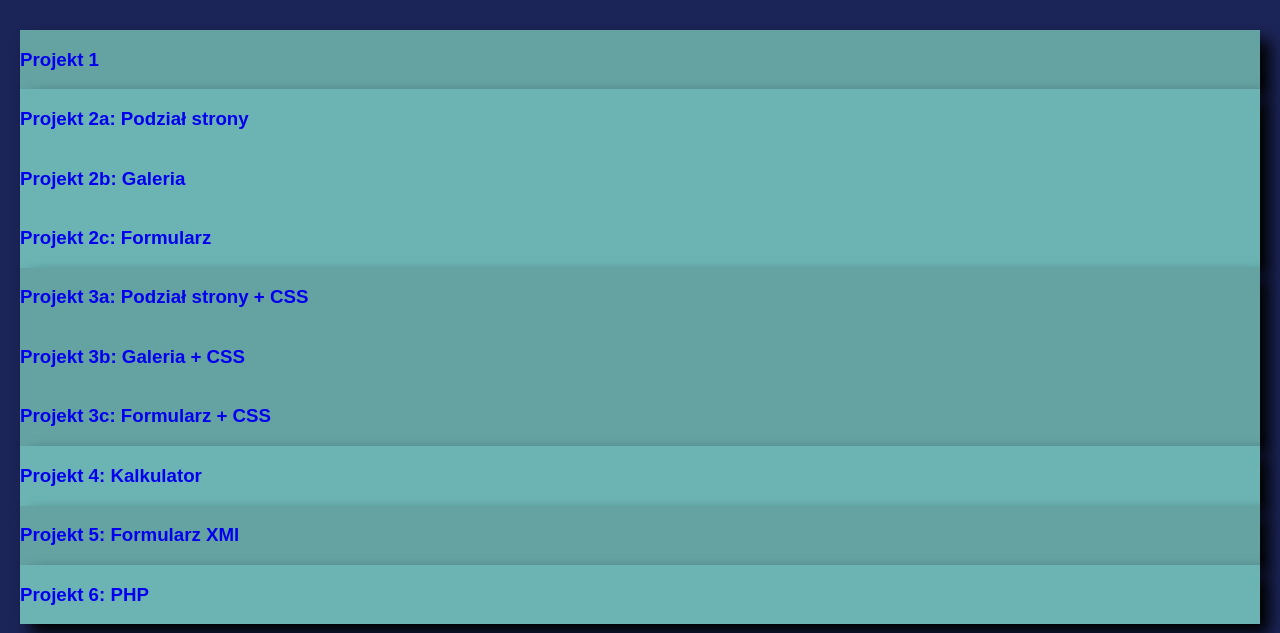
Repository: xdawix902/dawidfilipek1.github.io
Page: index.html
These files come from the project's save history. The page is drawn as it stood at one moment and after the next save; the edit follows.
The browser window is 1280 px wide. The pictures show the part of the page from y = 87 to 771 px (the page is 720 px tall before and 771 px after).

Above is the page before, as saved 2025-11-28 22:07:14.

### index.html
<!DOCTYPE html>
<html lang="en">
    <head>
        <meta charset="UTF-8">
        <meta name="viewport" content="width=device-width, initial-scale=1.0">
        <title>Moja Strona</title>
        <link rel="stylesheet" href="css/index_style.css">
    </head>
    <body>
        <header>Strona Dawida Filipka</header>

        <main>
            <div id="projektyNieParzyste">
                <a href="projekt1/projekt1.html">
                    <h3 class="naglowki">Projekt 1</h3>
                </a>
            </div>

            <div id="projektyParzyste">

                <a href="projekt2/projekt2a.html">
                    <h3 class="naglowki">Projekt 2a: Podział strony</h3>
                </a><br>

                <a href="projekt2/projekt2b.html">
                    <h3 class="naglowki">Projekt 2b: Galeria</h3>
                </a><br>

                <a href="projekt2/projekt2c.html">
                    <h3 class="naglowki">Projekt 2c: Formularz</h3>
                </a>
            </div>

            <div id="projektyNieParzyste">

                <a href="projekt3/projekt3a.html">
                    <h3 class="naglowki">Projekt 3a: Podział strony + CSS</h3>
                </a><br>

                <a href="projekt3/projekt3b.html">
                    <h3 class="naglowki">Projekt 3b: Galeria + CSS</h3>
                </a><br>

                <a href="projekt3/projekt3c.html">
                    <h3 class="naglowki">Projekt 3c: Formularz + CSS</h3>
                </a>
            </div>

            <div id="projektyParzyste">
                <a href="projekt4/projekt4.html">
                    <h3 class="naglowki">Projekt 4: Kalkulator</h3>
                </a>
            </div>

            <div id="projektyNieParzyste">

                <a href="projekt5/projekt5.html">
                    <h3 class="naglowki">Projekt 5: Formularz XMl</h3>
                </a>
            </div>

            <div id="projektyParzyste">
                <a href="projekt6/index.php">
                    <h3 class="naglowki">Projekt 6: PHP</h3>
                </a>
            </div>


        </main>


    </body>
</html>

### css/index_style.css
header{
    background-image: url("../images/index/banner.jpg");
    background-size: cover;
    background-position: center;
    color: rgb(224, 224, 224);
    text-align: center;
    padding: 20px;
    font-size: 2.5em;
    font-weight: bold;
    font-family:'Times New Roman', Times, serif;

}

main{
    padding-left: 20px;
    padding-right: 20px;
    padding-top: 30px;
    font-family: Arial, Helvetica, sans-serif;
}


body{
    margin:0;
    padding: 0;
    background-color: rgb(28, 37, 88);
}

.naglowki{
    display:inline-block;
}

.naglowki:hover{
    color:brown;
}

#projektyNieParzyste{
    background-color: rgb(101, 163, 163);
    box-shadow: 10px 10px 15px;
}

#projektyParzyste{
    background-color: rgb(108, 180, 180);
    box-shadow: 10px 10px 15px;
}

After the next save:
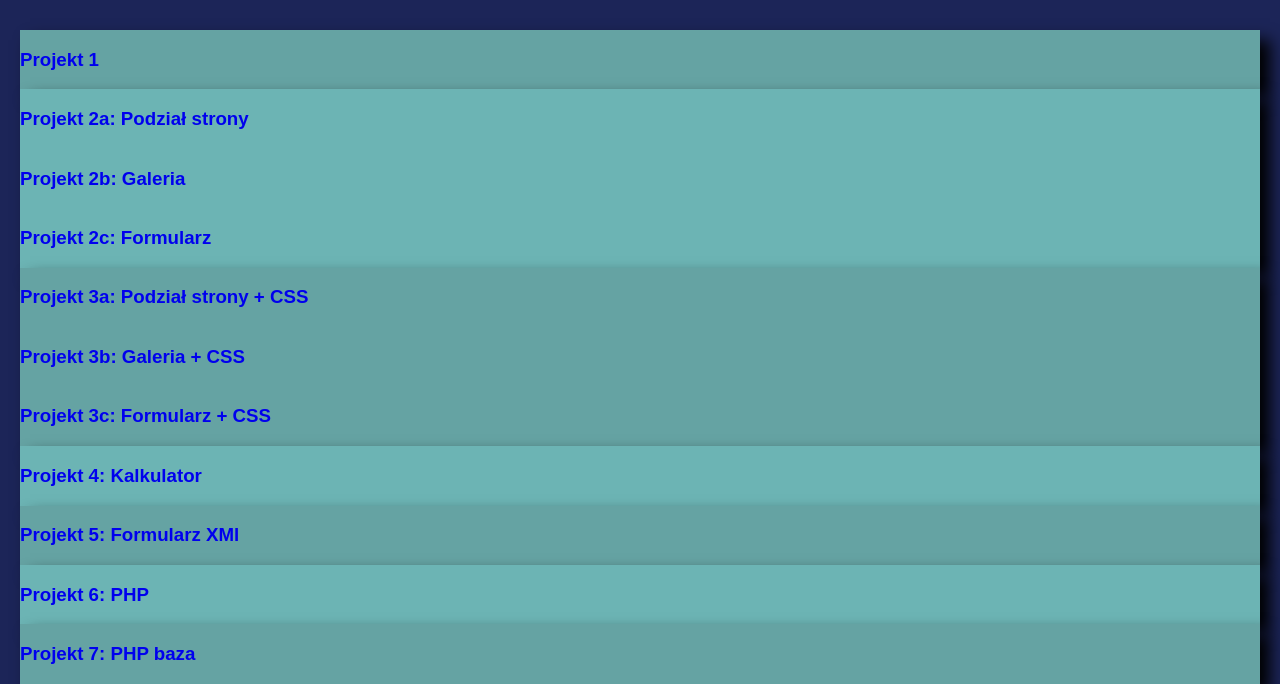
Saved 3 min 50 s later.
--- a/index.html
+++ b/index.html
@@ -65,6 +65,13 @@
                 </a>
             </div>
 
+            <div id="projektyNieParzyste">
+
+                <a href="projekt5/projekt7.html">
+                    <h3 class="naglowki">Projekt 7: PHP baza</h3>
+                </a>
+            </div>
+
 
         </main>
 
